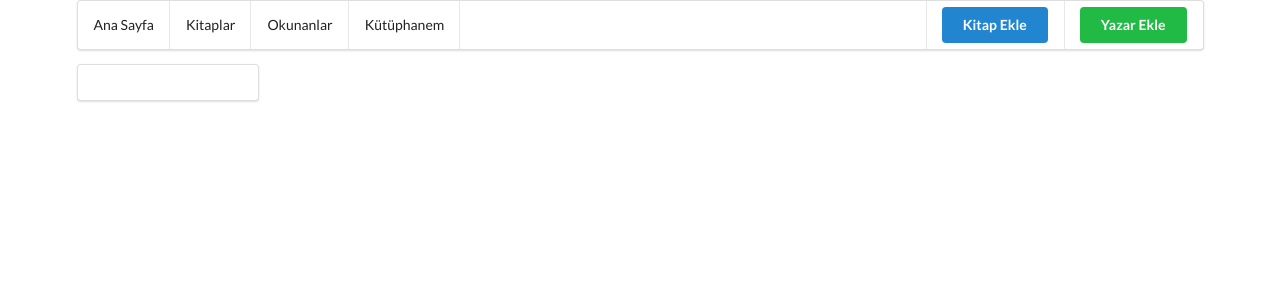
Repository: rizacantire/libraryReactApp
Page: /
The author's editor kept a copy of each file at every save. The page is drawn from the files as they stood at one save, then again after the next save.
The browser window is 1280 px wide. The pictures show the whole page.
The page's requests for data from a server got no answer. The project was rebuilt for these pictures with package versions that can differ from the ones it lists, and the page was loaded fresh each time. No one was signed in, and anything a server would have sent is missing.

Above is the page before, as saved 2021-08-17 23:20:58.

After the next save:
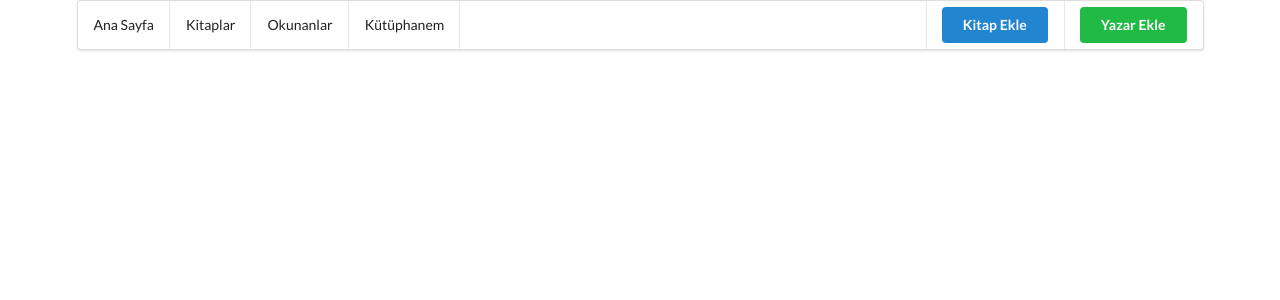
Saved 48 s later.
--- a/src/pages/CategoryList.jsx
+++ b/src/pages/CategoryList.jsx
@@ -13,22 +13,7 @@ export default function CategoryList() {
   }, []);
   return (
     <div>
-      <Menu vertical size="small" >
-        {categories.map((category) => (
-          <Menu.Item key={category.categoryId}>
-            <Link to={`/bookCategory/${category.categoryId}`}>
-              {category.categoryName}
-            </Link>
-          </Menu.Item>
-        ))}
-      </Menu>
-      {categories.map((category) => (
-          <Button stackable key={category.categoryId}>
-            <Link to={`/bookCategory/${category.categoryId}`}>
-              {category.categoryName}
-            </Link>
-          </Button>
-        ))}
+
         {categories.map((category) => (
           <List selection>
             <List.Item><Link to={`/bookCategory/${category.categoryId}`}>
